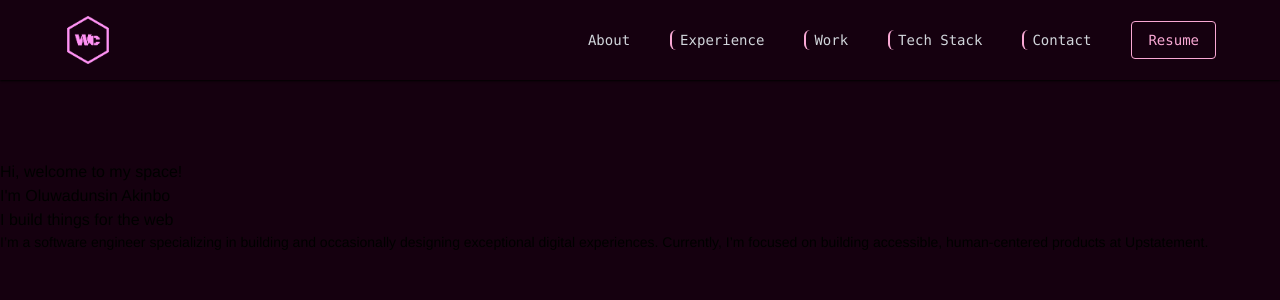
Repository: EmmyDunny1/myPortfolio
Page: / (app in MyPortfolio/)
The author's editor kept a copy of each file at every save. The page is drawn from the files as they stood at one save, then again after the next save.
The browser window is 1280 px wide. The pictures show the whole page.
The project was rebuilt for these pictures with package versions that can differ from the ones it lists, and the page was loaded fresh each time. Also part of the build but not shown: MyPortfolio/vite.config.js.

Above is the page before, as saved 2025-01-13 10:33:55.

After the next save:
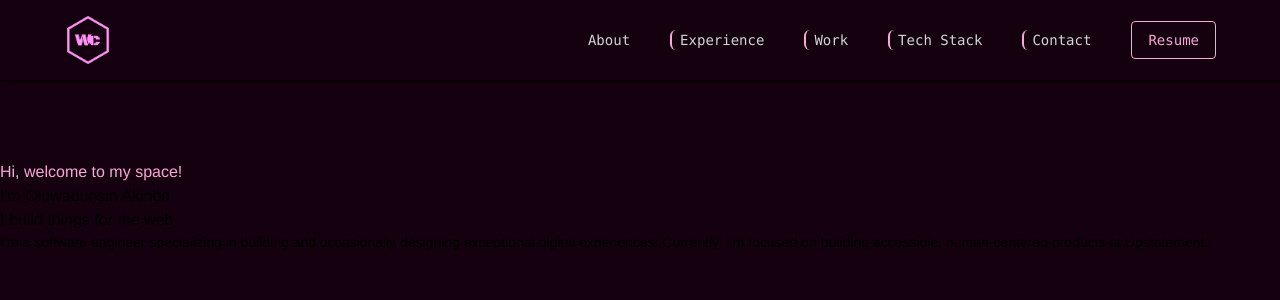
Saved 4 s later.
--- a/MyPortfolio/src/components/HeroSection.jsx
+++ b/MyPortfolio/src/components/HeroSection.jsx
@@ -5,7 +5,7 @@
     <div className='block '>
 
       <div className=''>
-        <span className='e'>Hi, welcome to my space!</span>
+        <span className='text-pink-300'>Hi, welcome to my space!</span>
         <h1>I'm Oluwadunsin Akinbo</h1>
         <h2>I build things for the web</h2>
 
